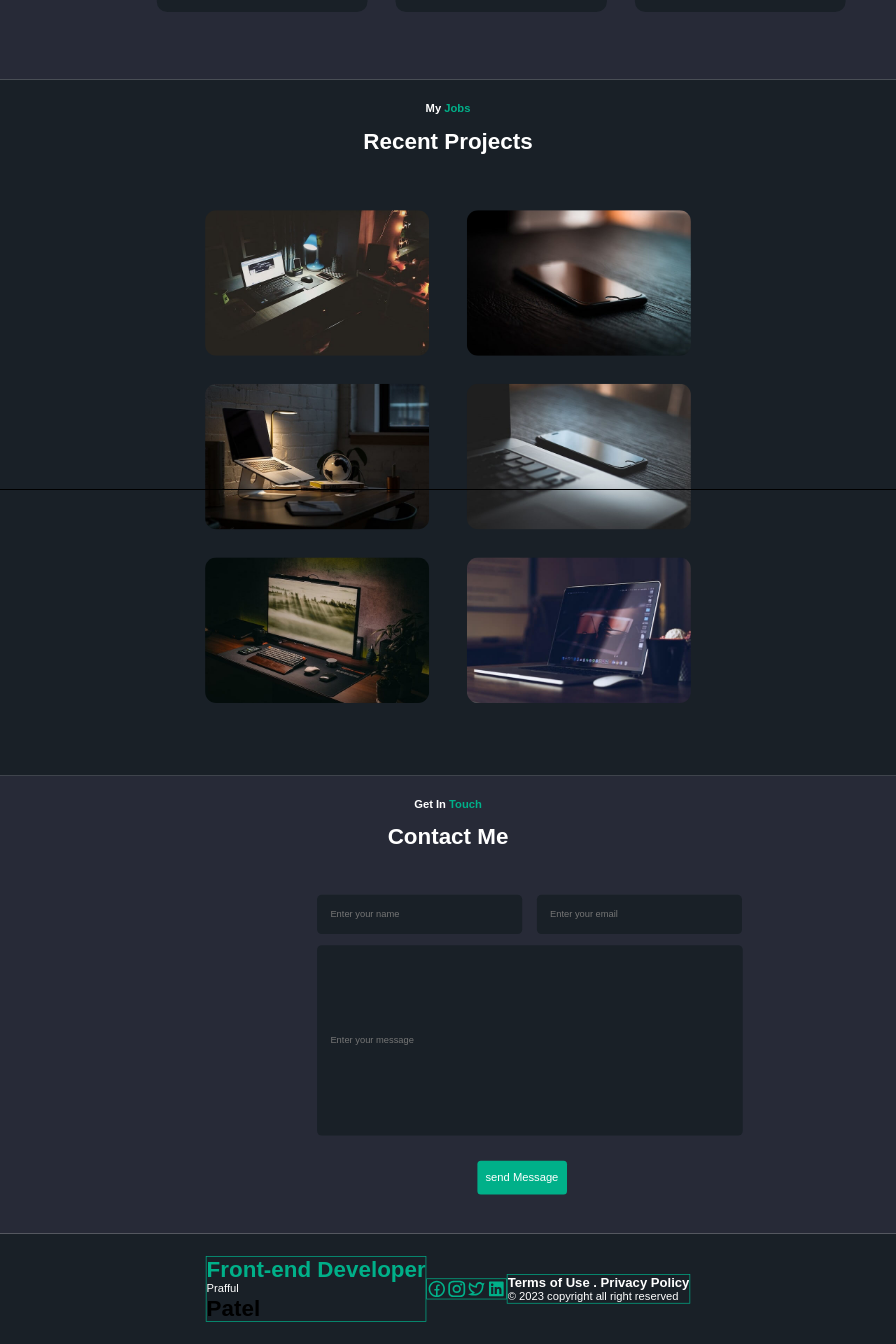
Repository: PraffulPatel27/Portfolio_2.0
Page: index.html
These files come from the project's save history. The page is drawn as it stood at one moment and after a run of saves; the edit follows.
The browser window is 1280 px wide. The pictures show the part of the page from y = 2206 to 4126 px (the page is 4126 px tall before and 4089 px after), at 70% of full size.

Above is the page before, as saved 2024-01-02 21:01:57.

After the next 2 saves:
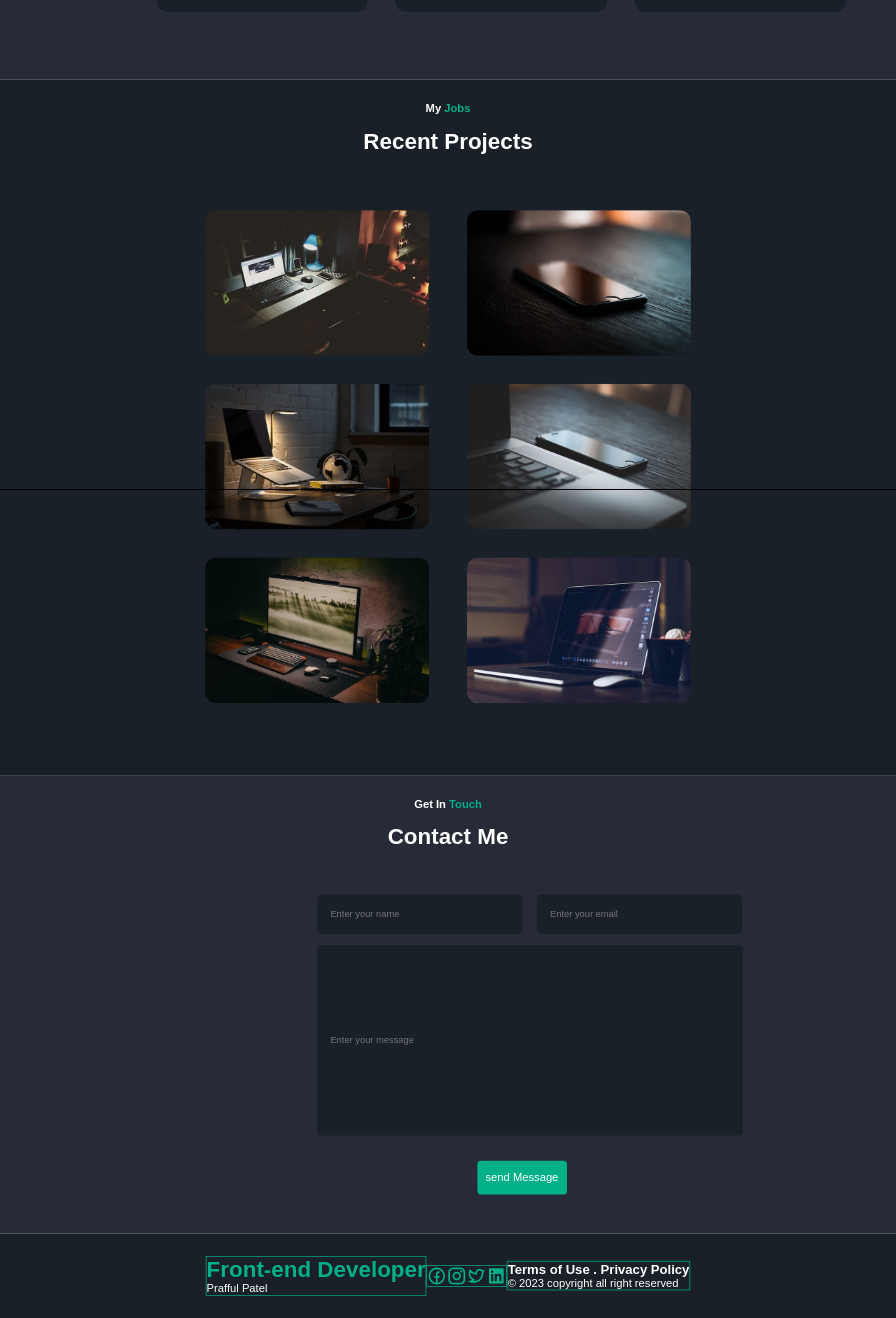
The 2 saves are shown as one change because they came seconds apart.
The last was saved 10 s later.
--- a/index.html
+++ b/index.html
@@ -231,7 +231,7 @@
     <footer>
         <div class="footer-box-1">
             <h1 style="color: #00B089;"> Front-end Developer</h1>
-            <p style="color: #fff;"> Prafful </p> <h1 class="foot"> Patel</h1>
+            <p style="color: #fff;"> Prafful Patel</p>
         </div>
 
         <div class="footer-box-1" id="foot-icons-link">
